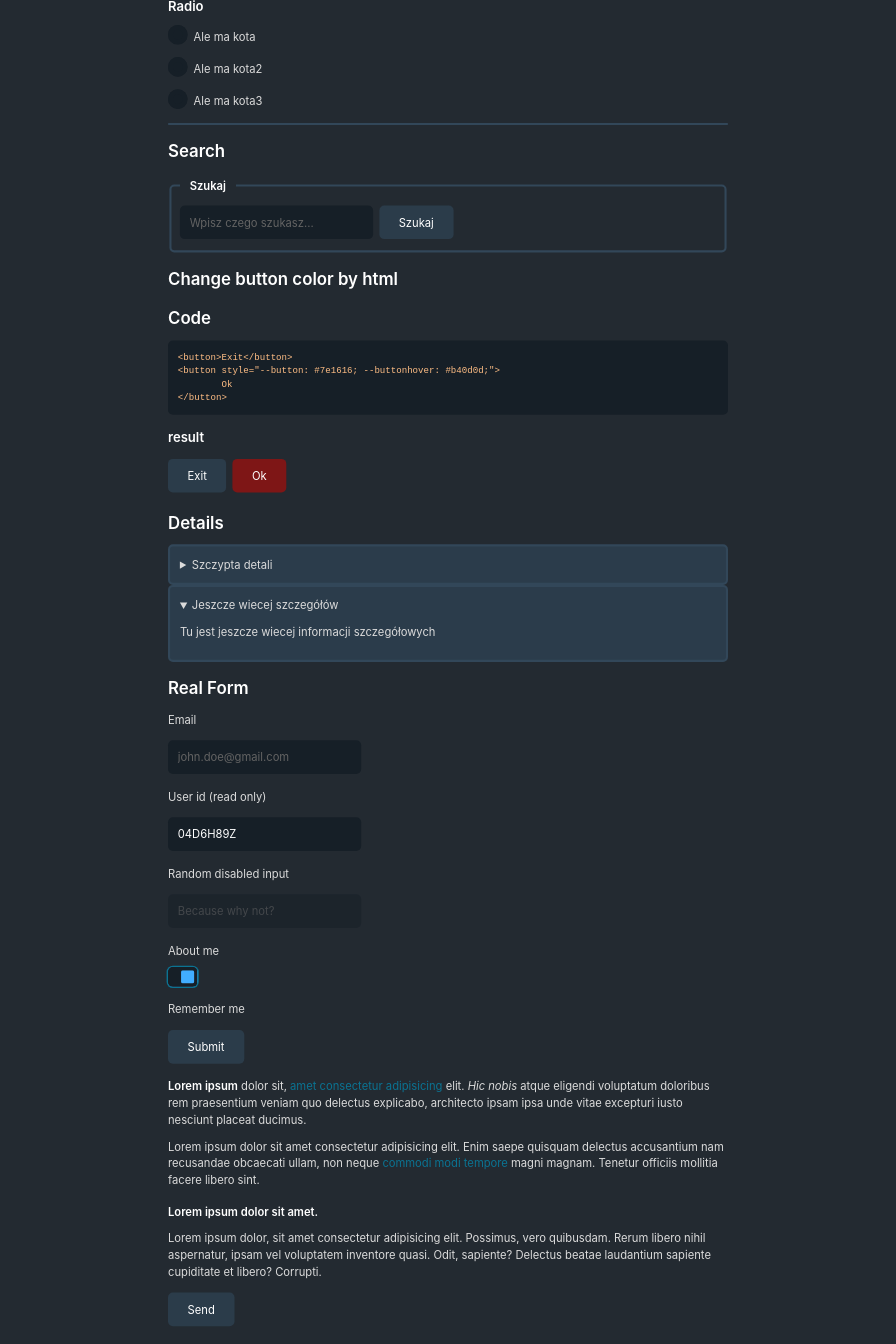
Repository: KozakBartosz/Draft
Page: index.html
The author's editor kept a copy of each file at every save. The page is drawn from the files as they stood at one save, then again after the next save.
The browser window is 1280 px wide. The pictures show the part of the page from y = 2752 to 4672 px (the page is 4672 px tall before and 4667 px after), at 70% of full size.

Above is the page before, as saved 2019-04-12 08:47:13.

After the next save:
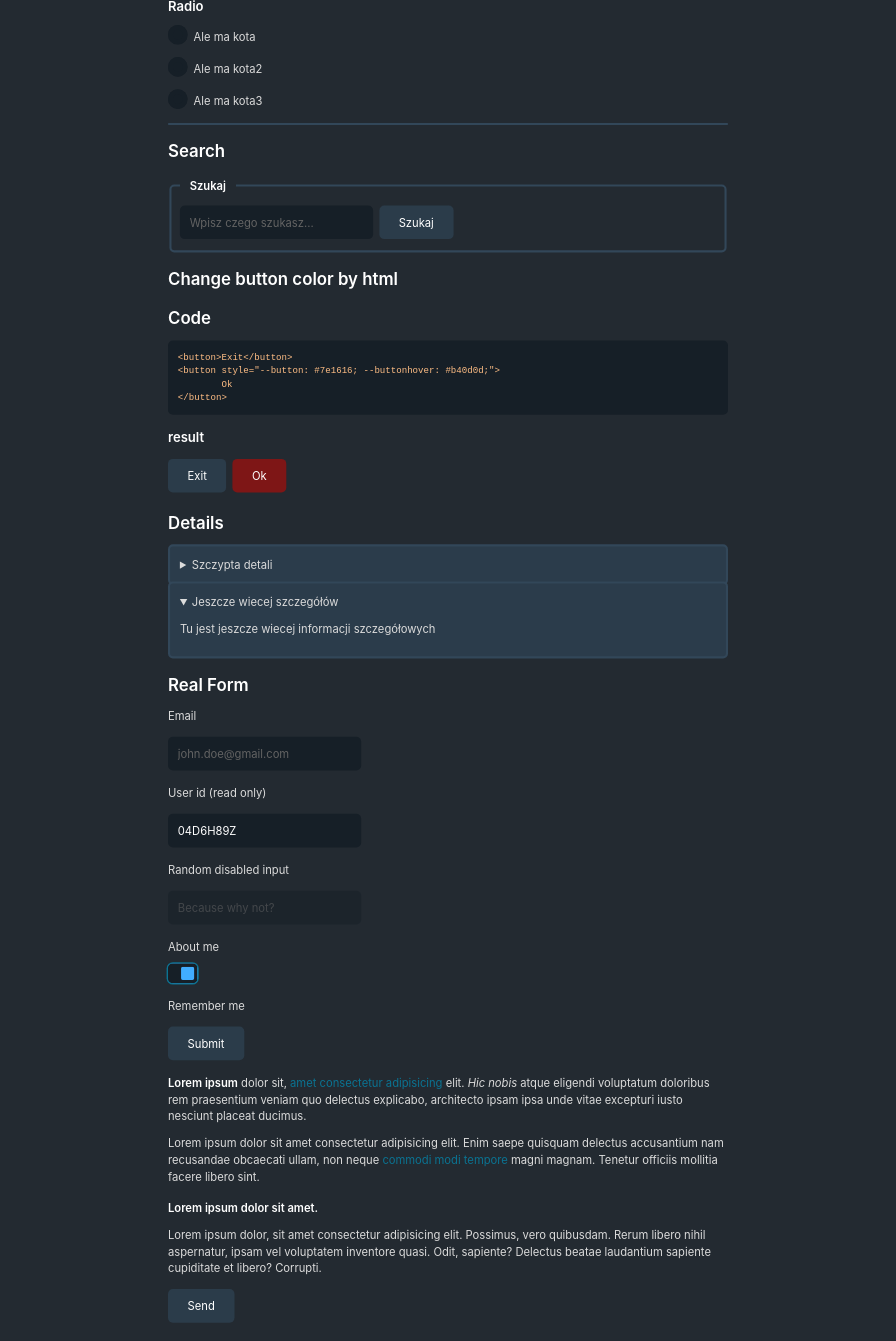
Saved 28 s later.
--- a/draft.css
+++ b/draft.css
@@ -332,6 +332,9 @@
 	border-radius: var(--radius);
 	background: var(--like);
 }
+details + details {
+	margin-top: -5px;
+}
 
 table {
 	/* border-collapse: collapse; */

After the save that followed:
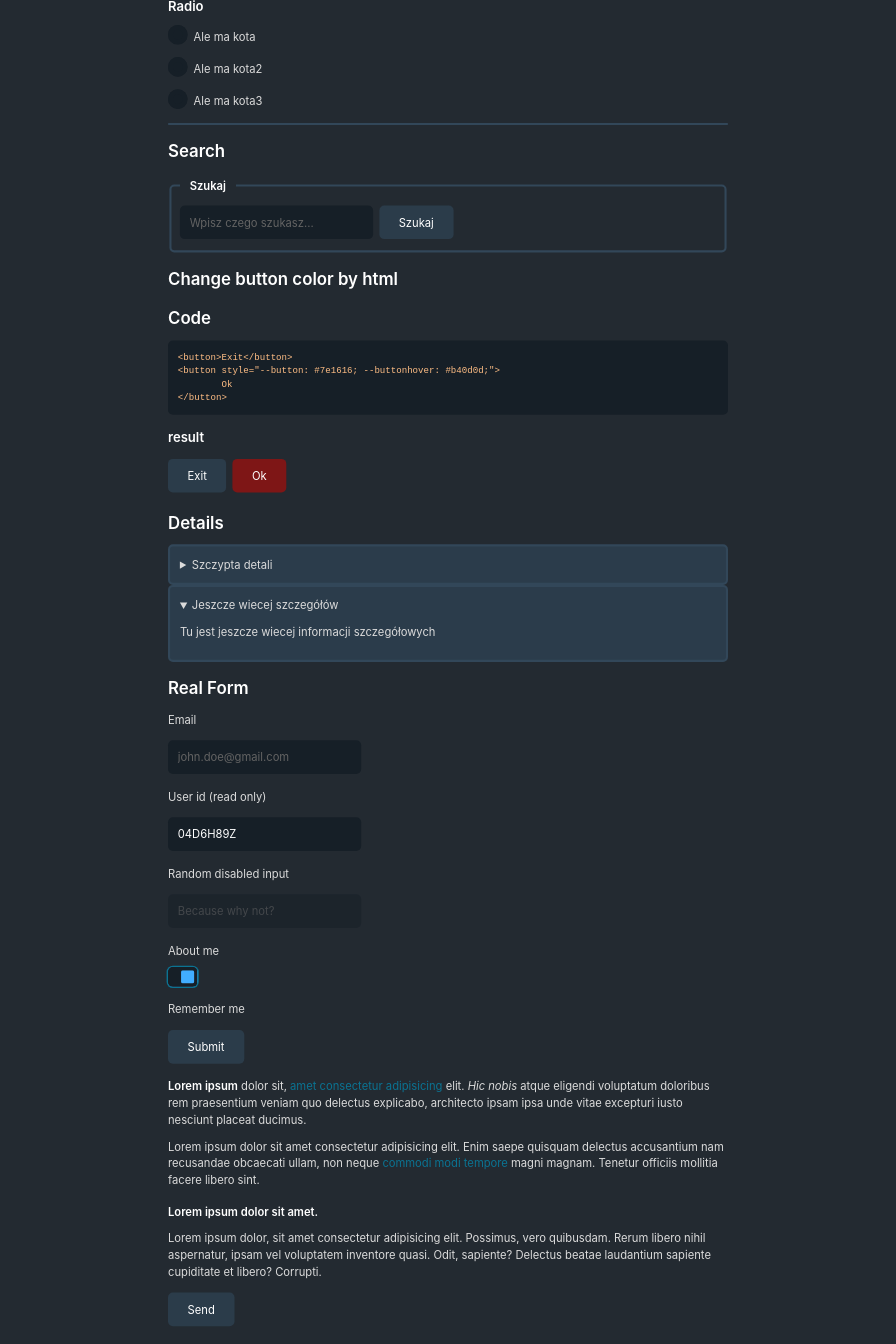
Saved 4 s later.
--- a/draft.css
+++ b/draft.css
@@ -334,6 +334,7 @@
 }
 details + details {
 	margin-top: -5px;
+	margin-top: 0;
 }
 
 table {
